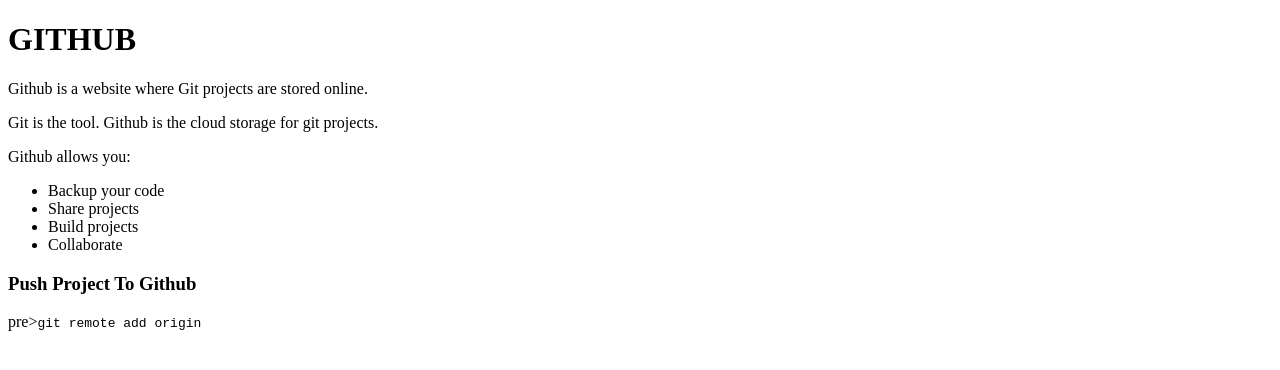
Repository: brownsonjoy1811/GitandGithub
Page: github.html
The author's editor kept a copy of each file at every save. The page is drawn from the files as they stood at one save, then again after the next save.
The browser window is 1280 px wide. The pictures show the whole page.

Above is the page before, as saved 2026-06-16 16:26:32.

After the next save:
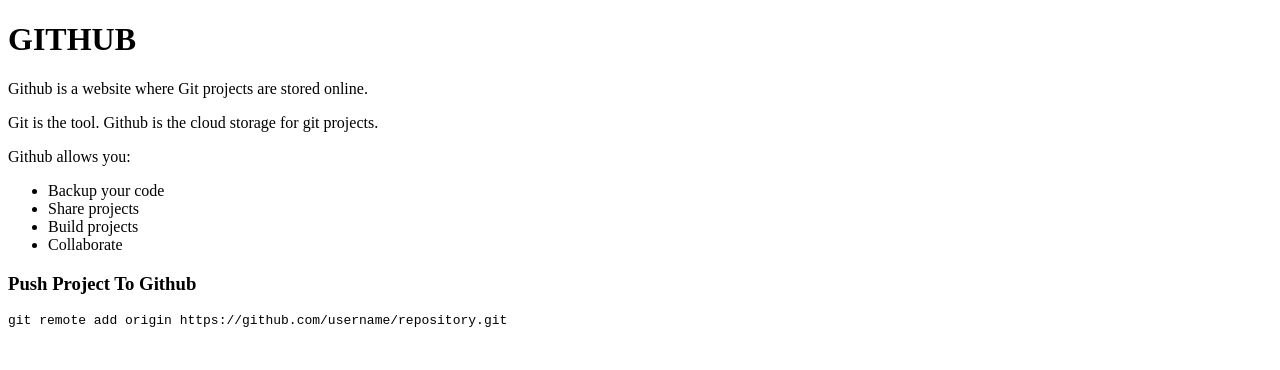
Saved 5 s later.
--- a/github.html
+++ b/github.html
@@ -21,6 +21,6 @@
 
 
     <h3>Push Project To Github</h3>
-    pre><code>git remote add origin
+    <pre><code>git remote add origin https://github.com/username/repository.git</code></pre>
 </body>
 </html>

After the save that followed:
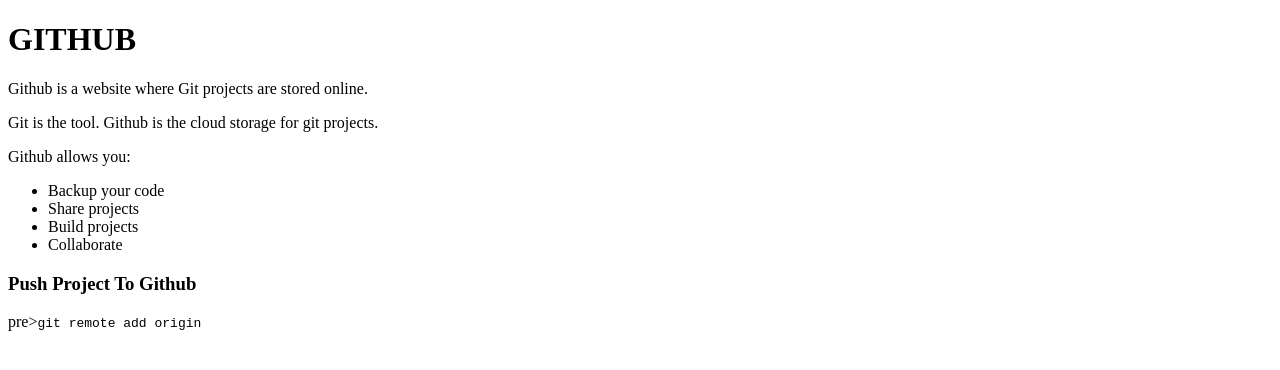
Saved 25 s later.
--- a/github.html
+++ b/github.html
@@ -21,6 +21,6 @@
 
 
     <h3>Push Project To Github</h3>
-    <pre><code>git remote add origin https://github.com/username/repository.git</code></pre>
+    pre><code>git remote add origin
 </body>
 </html>
